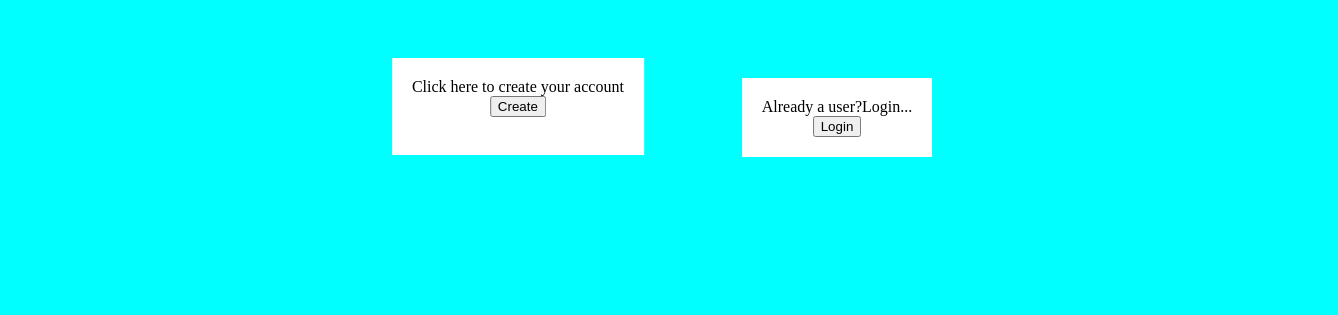
Repository: rosikraj/TurbifyTraining
Page: Wallet/WebContent/button.html
An editor plug-in stored every save of this project. The page is shown before and after the next save, followed by the edit.
The browser window is 1280 px wide. The page is 1280 px wide, then 1338 px, so the pictures cover 1338 px, including what lies to the right of the window. The pictures show the whole page.

Above is the page before, as saved 2023-09-24 05:54:14.

### Wallet/WebContent/button.html
<!DOCTYPE html>
<html>
<head>
<meta charset="ISO-8859-1">
<title>Insert title here</title>
<script type="text/javascript">
        window.history.forward();
        function noBack() {
            window.history.forward();
        }
    </script>
<style>
    	form{
    		background-color:white;
    		align:center;
    		display:inline-block;
    		margin:50px;
    		padding:20px;
    		transform:translateX(10%);
    	}
    </style>
</head>
<body bgcolor="cyan" text="black">
<center>
<form method="post" action="create.jsp">
Click here to create your account<br>
<input type="submit" name="create" value="Create"><br><br>
</form>
<form method="post" action="login.jsp">
Already a user?Login...<br>
<input type="submit" name="login" value="Login">
</form>
</center>
</body>
</html>

After the next save:
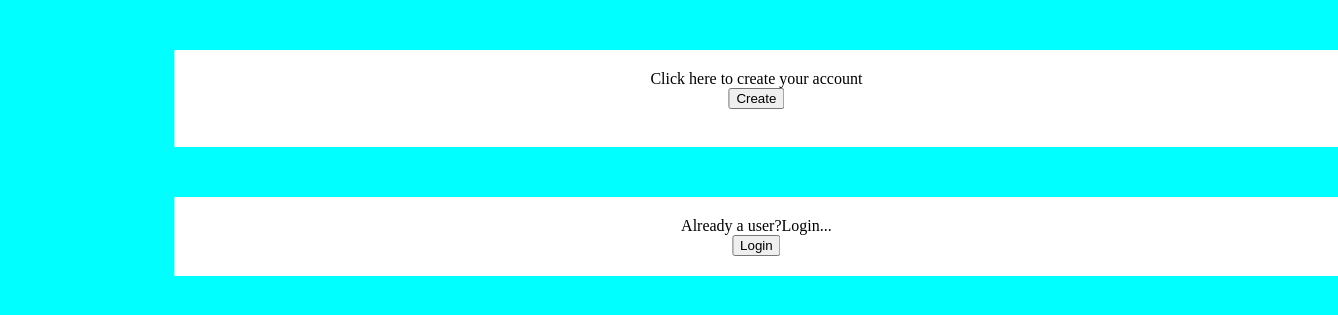
Saved 19 s later.
--- a/Wallet/WebContent/button.html
+++ b/Wallet/WebContent/button.html
@@ -13,7 +13,7 @@
     	form{
     		background-color:white;
     		align:center;
-    		display:inline-block;
+    		display:block;
     		margin:50px;
     		padding:20px;
     		transform:translateX(10%);
